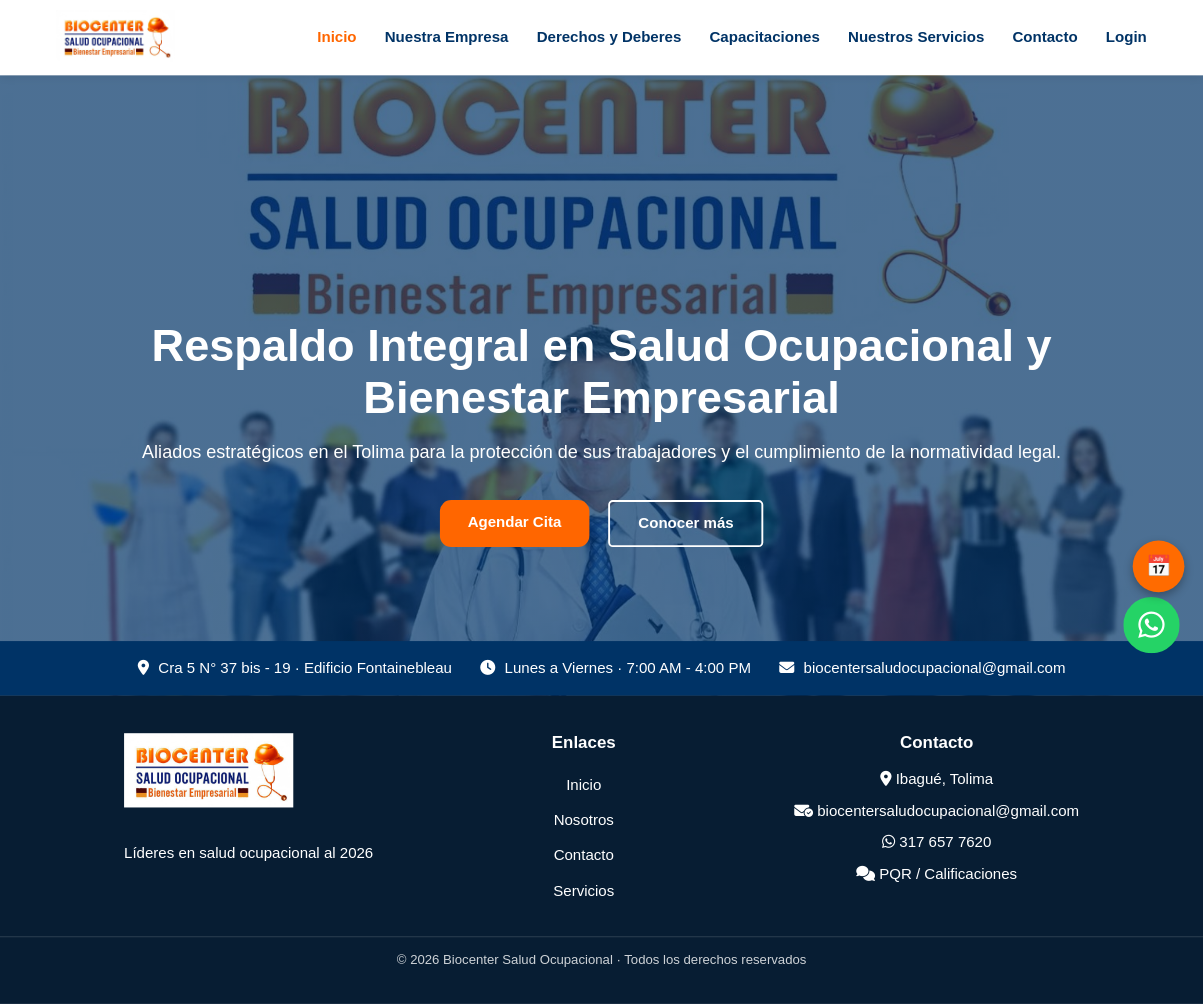
Repository: Miguelperdomo/Biocenter
Page: index.html
The author's editor kept a copy of each file at every save. The page is drawn from the files as they stood at one save, then again after a run of saves.
The browser window is 1280 px wide. The pictures show the whole page, at 94% of full size.

Above is the page before, as saved 2026-02-17 09:18:54.

### index.html
<!DOCTYPE html>
<html lang="es">
<head>
    <meta charset="UTF-8">
    <meta name="viewport" content="width=device-width, initial-scale=1.0">
    <link rel="icon" href="imagenes/logo-biocenter.png" type="image/png">
    <title>Biocenter Salud Ocupacional | Bienestar Empresarial</title>
    <meta name="description" content="Especialistas en salud ocupacional y bienestar integral en el Tolima.">
    <link rel="stylesheet" href="diseno/style.css">
    <link rel="stylesheet"
          href="https://cdnjs.cloudflare.com/ajax/libs/font-awesome/6.5.1/css/all.min.css">
</head>

<!-- ================= INCIO DEL PQR  ================= -->
<div class="pqr-modal" id="pqrModal">
  <div class="pqr-box">

    <button class="pqr-close" id="closePqr">&times;</button>

    <h2>PQR y Calificaciones</h2>
    <p class="pqr-sub">
      Tu opinión es muy importante para nosotros 💙
    </p>

    <form action="PHP/enviar_pqr.php" method="POST">

      <div class="pqr-group">
        <label>Nombre completo</label>
        <input type="text" name="nombre" required>
      </div>

      <div class="pqr-group">
        <label>Correo electrónico</label>
        <input type="email" name="correo" required>
      </div>

      <div class="pqr-group">
        <label>Tipo de solicitud</label>
        <select name="tipo" required>
          <option value="">Selecciona una opción</option>
          <option>Petición</option>
          <option>Queja</option>
          <option>Reclamo</option>
          <option>Felicitación</option>
        </select>
      </div>

      <div class="pqr-group">
        <label>Mensaje</label>
        <textarea rows="4" name="mensaje" required></textarea>
      </div>

      <div class="pqr-rating">
        <span>Calificación</span>

        <div class="rating-stars">
            <input type="radio" name="rating" id="star5" value="5" required>
            <label for="star5">★</label>

            <input type="radio" name="rating" id="star4" value="4">
            <label for="star4">★</label>

            <input type="radio" name="rating" id="star3" value="3">
            <label for="star3">★</label>

            <input type="radio" name="rating" id="star2" value="2">
            <label for="star2">★</label>

            <input type="radio" name="rating" id="star1" value="1">
            <label for="star1">★</label>
        </div>
        </div>


      <button class="pqr-btn">
        <i class="fa-solid fa-paper-plane"></i> Enviar PQR
      </button>

    </form>
  </div>
</div>

        <div class="modal-overlay" id="modalConfirm">
            <div class="modal-box">
                <h3 id="modalTitle"></h3>
                    <p id="modalMsg"></p>
                        <button class="btn-primary" id="closeModal">Aceptar</button>
            </div>
        </div>



<body>


<!-- ================= FIN DEL PQR  ================= -->


<!-- ================= INCIO DEL HEADER ================= -->
<header class="menu-desplegable">
    <nav class="container">
        <div class="logo">
            <a href="index.html">
                <img src="imagenes/logo-biocenter.png" alt="Logo Biocenter">
            </a>
        </div>

        <ul class="nav-menu">
            <li><a href="index.html" class="active">Inicio</a></li>
            <li><a href="nosotros.html">Nuestra Empresa</a></li>
            <li><a href="derechos_deberes.html">Derechos y Deberes</a></li>
            <li><a href="capacitaciones.html">Capacitaciones</a></li>
            <li><a href="servicios.html">Nuestros Servicios</a></li>
            <li><a href="contacto.html">Contacto</a></li>
            <li><a href="login.php" class="btn-login">Login</a></li>
        </ul>

        <div class="nav-toggle">
            <i class="fas fa-bars"></i>
        </div>
    </nav>
</header>
<!-- ================= FIN DEL HEADER ================= -->


<!-- ================= INCIO DEL CUYERPO DE LA PAGINA  ================= -->
<section class="hero">
    <div class="hero-content container">
        <h1>Respaldo Integral en Salud Ocupacional y Bienestar Empresarial</h1>
        <p>
            Aliados estratégicos en el Tolima para la protección de sus trabajadores
            y el cumplimiento de la normatividad legal.
        </p>

        <div class="hero-buttons">
            <a href="https://wa.me/573176577620" class="btn btn-primary">Agendar Cita</a>
            <a href="contacto.html" class="btn btn-secondary">Conocer más</a>
        </div>
    </div>
</section>


<!-- ================= INFO BAR ================= -->
<section class="info-bar">
    <div class="info-container">
        <div class="info-item">
            <i class="fas fa-map-marker-alt"></i>
            <span>Cra 5 N° 37 bis - 19 · Edificio Fontainebleau</span>
        </div>

        <div class="info-item">
            <i class="fas fa-clock"></i>
            <span>Lunes a Viernes · 7:00 AM - 4:00 PM</span>
        </div>

        <div class="info-item">
            <i class="fas fa-envelope"></i>
            <span>biocentersaludocupacional@gmail.com</span>
        </div>
    </div>
</section>



<!-- ================= FIN DEL CUYERPO DE LA PAGINA  ================= -->

<!-- ================= INCIIO FOOTER ================= -->
<footer class="footer">
    <div class="footer-container">

        <div class="footer-col">
            <img src="imagenes/logo-biocenter.png" alt="Biocenter">
            <p>Líderes en salud ocupacional al 2026</p>
        </div>


        <div class="enlaces">
            <h4>Enlaces</h4>
            <a href="index.html">Inicio</a>
            <a href="nosotros.html">Nosotros</a>
            <a href="contacto.html">Contacto</a>
            <a href="servicios.html">Servicios</a>
        </div>

        <div>
            <h4>Contacto</h4>
            <p><a href="https://maps.app.goo.gl/pr1ibKEtwjQL5PTQ7" target="_blank" class="footer-link"><i class="fas fa-map-marker-alt"></i> Ibagué, Tolima</a></p>
            <p><a href="mailto:biocentersaludocupacional@gmail.com" class="footer-link"> <i class="fa-solid fa-envelope-circle-check"></i> biocentersaludocupacional@gmail.com </a></p>
            <p><i class="fab fa-whatsapp"></i> 317 657 7620</p>

            <!-- PQR Link -->
            <a href="#" id="openPqr" class="pqr-link">
                <i class="fa-solid fa-comments"></i> PQR / Calificaciones
            </a>
        </div>
    </div>
    <div class="footer-copy">
        © <span id="year"></span> Biocenter Salud Ocupacional · Todos los derechos reservados
    </div>
</footer>

<!-- ================= WHATSAPP ================= -->
<a href="https://wa.me/573176577620" class="whatsapp-float" target="_blank">
    <i class="fab fa-whatsapp"></i>
</a>

<!-- Botón flotante de agendar cita -->
<a href="formulario.html" class="btn-cita-flotante" id="btnCita">
    📅
</a>

<!-- Mensaje emergente -->
<div class="mensaje-cita" id="mensajeCita">
    ¿Quieres agendar una cita?
</div>

<!-- ================= FIN ================= -->

<!-- ================= FIN FOOTER ================= -->
<script>
  document.getElementById("year").textContent = new Date().getFullYear();
</script>


<script src="JS/main.js"></script>
</body>
</html>

### JS/main.js
const toggle = document.querySelector('.nav-toggle');
const menu = document.querySelector('.nav-menu');

toggle.addEventListener('click', () => {
    menu.classList.toggle('show');
});

//IMAGEN


document.addEventListener("DOMContentLoaded", () => {

  const modal = document.getElementById("imgModal");
  const modalImg = document.getElementById("imgModalImg");

  if (!modal || !modalImg) {
    console.error("❌ Modal no existe en el HTML");
    return;
  }

  document.querySelectorAll(".ips-img img").forEach(img => {
    img.addEventListener("click", () => {
      modalImg.src = img.src;
      modal.style.display = "flex";
    });
  });

  modal.addEventListener("click", () => {
    modal.style.display = "none";
  });

});


document.addEventListener("DOMContentLoaded", () => {

    const modal = document.getElementById("modalConfirm");
    const title = document.getElementById("modalTitle");
    const msg = document.getElementById("modalMsg");
    const closeBtn = document.getElementById("closeModal");

    const params = new URLSearchParams(window.location.search);
    const status = params.get("status");

    if (status === "ok") {
        title.textContent = "Mensaje enviado ✅";
        msg.textContent = "Gracias por contactarnos. Te responderemos lo antes posible.";
        modal.style.display = "flex";
    }

    if (status === "error") {
        title.textContent = "Error ❌";
        msg.textContent = "No se pudo enviar el mensaje. Intenta nuevamente.";
        modal.style.display = "flex";
    }

    closeBtn.addEventListener("click", () => {
        modal.style.display = "none";
        window.history.replaceState({}, document.title, window.location.pathname);
    });

});



document.addEventListener("DOMContentLoaded", () => {

    const form = document.querySelector("form");
    const spinner = document.getElementById("spinner");

    if (form && spinner) {
        form.addEventListener("submit", () => {
            spinner.style.display = "flex";
        });
    }

});


document.addEventListener("DOMContentLoaded", () => {

  const modal = document.getElementById("pqrModal");
  const open = document.getElementById("openPqr");
  const close = document.getElementById("closePqr");

  open.addEventListener("click", e => {
    e.preventDefault();
    modal.style.display = "flex";
  });

  close.addEventListener("click", () => {
    modal.style.display = "none";
  });

  modal.addEventListener("click", e => {
    if (e.target === modal) modal.style.display = "none";
  });

});


document.addEventListener("DOMContentLoaded", () => {

    const modal1 = document.getElementById("modalConfirm");
    const title1 = document.getElementById("modalTitle");
    const msg1 = document.getElementById("modalMsg");
    const closeBtn1 = document.getElementById("closeModal");

    const params1 = new URLSearchParams(window.location.search);
    const status1 = params1.get("status");

    if (status1 === "ok") {
        title1.textContent = "Mensaje enviado ✅";
        msg1.textContent = "Gracias por Calificarnos";
        modal1.style.display = "flex";
    }

    if (status1 === "error") {
        title1.textContent = "Error ❌";
        msg1.textContent = "No se pudo enviar el mensaje. Intenta nuevamente.";
        modal1.style.display = "flex";
    }

    closeBtn1.addEventListener("click", () => {
        modal1.style.display = "none";
        window.history.replaceState({}, document.title, window.location.pathname);
    });

});

Loaded but not shown: diseno/style.css (1960 lines, source omitted)

After the next 3 saves:
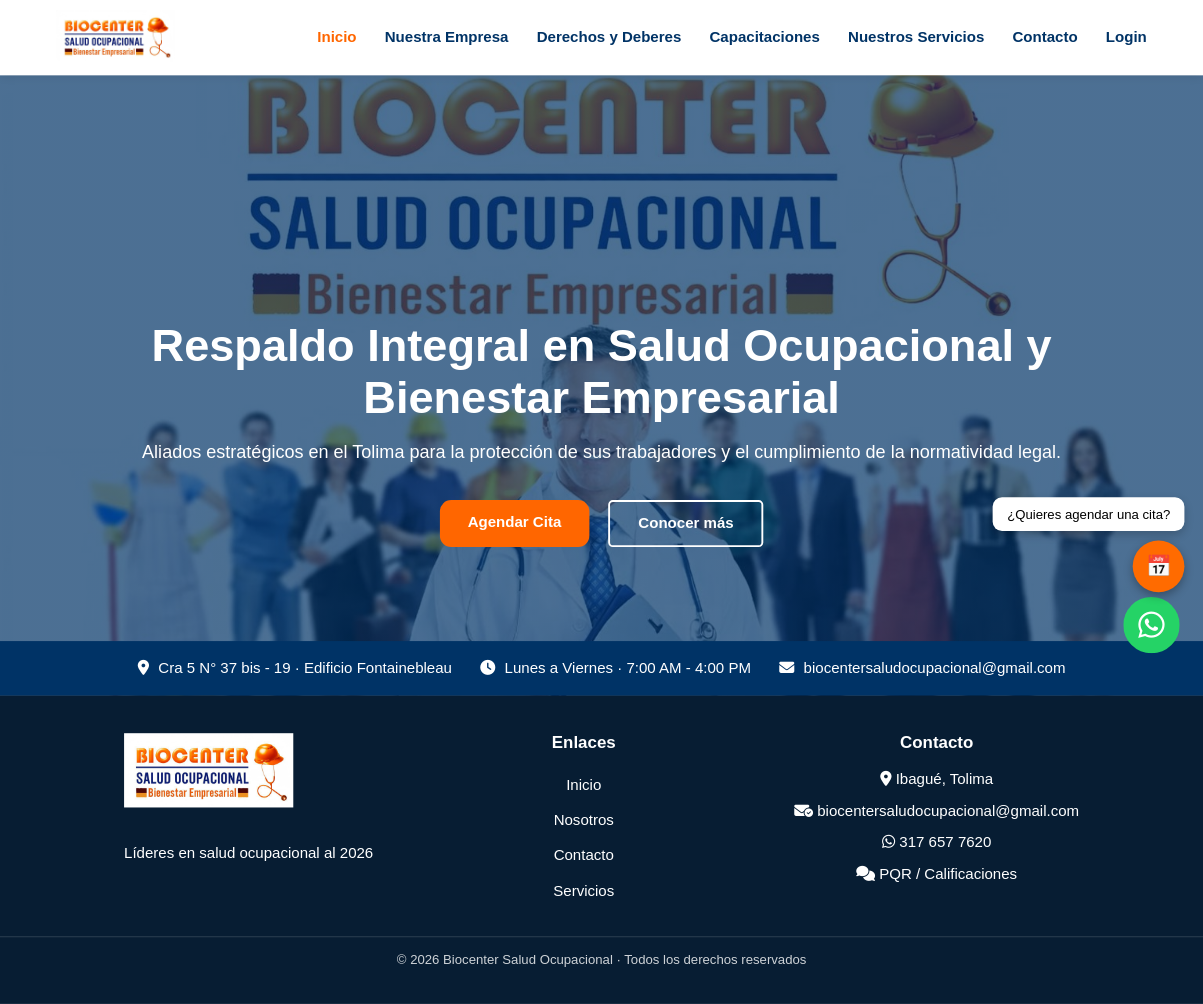
The 3 saves are shown as one change because they came seconds apart.
The last was saved 54 s later.
--- a/JS/main.js
+++ b/JS/main.js
@@ -127,3 +127,17 @@
     });
 
 });
+
+    window.addEventListener("load", function() {
+        const mensaje = document.getElementById("mensajeCita");
+
+        // Mostrar después de 2 segundos
+        setTimeout(() => {
+            mensaje.classList.add("mostrar");
+        }, 2000);
+
+        // Ocultar después de 7 segundos
+        setTimeout(() => {
+            mensaje.classList.remove("mostrar");
+        }, 7000);
+    });

After the 2 saves that followed:
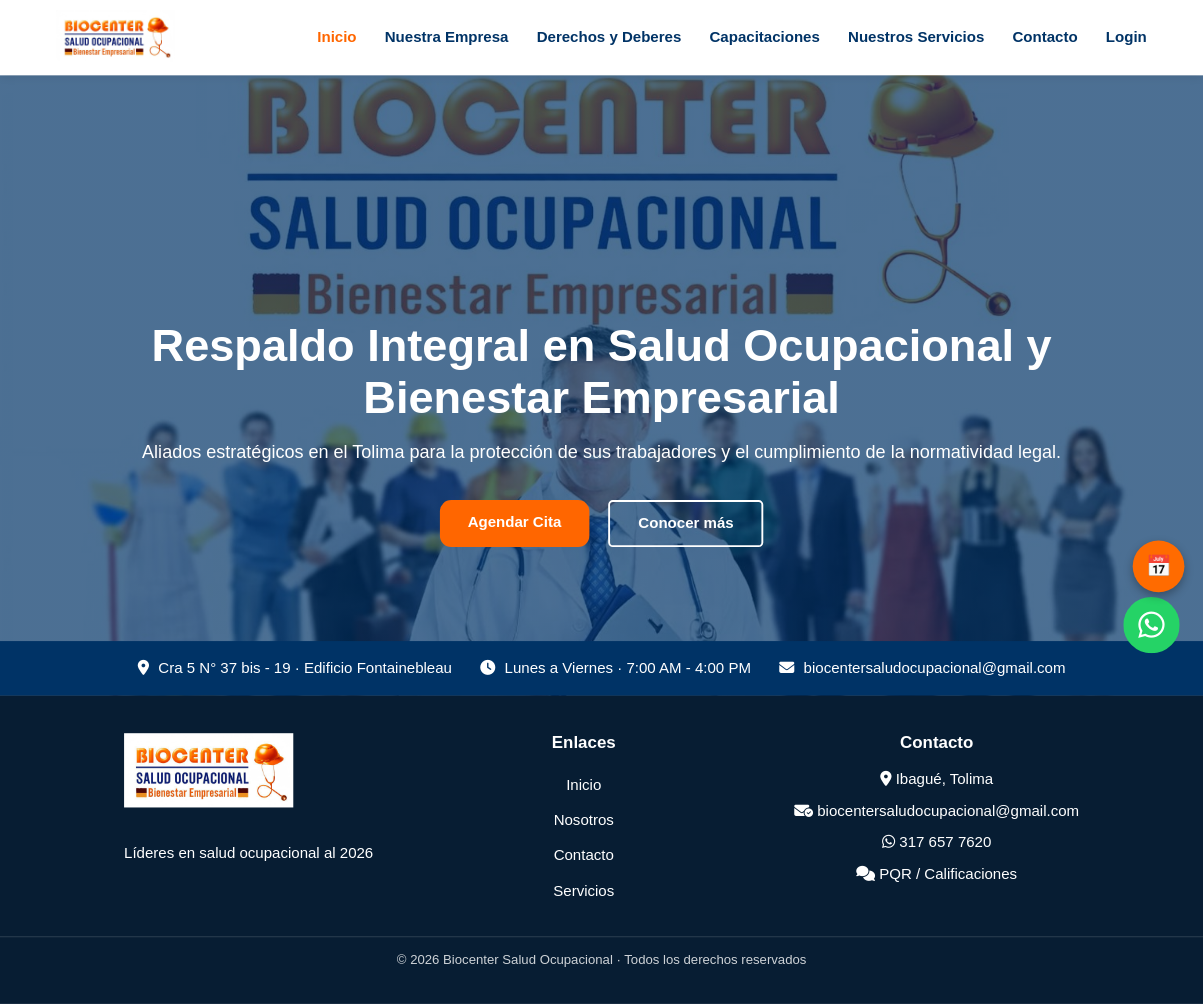
The 2 saves are shown as one change because 1 left the picture as it was.
The last was saved 2 min 4 s later.
--- a/JS/main.js
+++ b/JS/main.js
@@ -127,17 +127,3 @@
     });
 
 });
-
-    window.addEventListener("load", function() {
-        const mensaje = document.getElementById("mensajeCita");
-
-        // Mostrar después de 2 segundos
-        setTimeout(() => {
-            mensaje.classList.add("mostrar");
-        }, 2000);
-
-        // Ocultar después de 7 segundos
-        setTimeout(() => {
-            mensaje.classList.remove("mostrar");
-        }, 7000);
-    });
